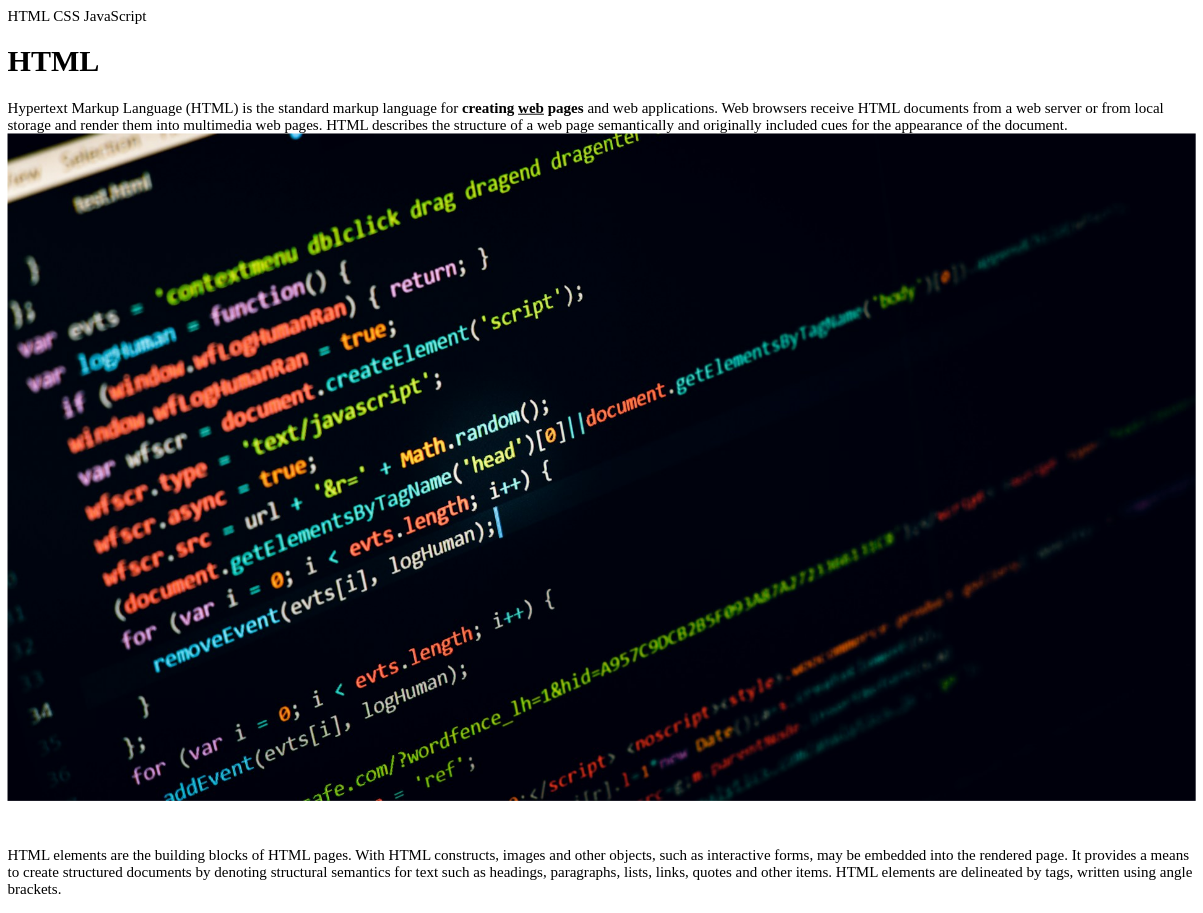
Repository: youngsik0405/Web-study
Page: Practice/WebContent/1.html
These files come from the project's save history. The page is drawn as it stood at one moment and after the next save; the edit follows.
The browser window is 1280 px wide. The pictures show the whole page, at 94% of full size.

Above is the page before, as saved 2025-01-20 11:47:34.

### Practice/WebContent/1.html
<!DOCTYPE html>
<html>
<head>
<meta charset="UTF-8">
<title>Insert title here</title>
</head>
<body>

HTML
CSS
JavaScript


<h1>HTML</h1>
<p>Hypertext Markup Language (HTML) is
the standard markup language for <strong>creating <u>web</u>
 pages</strong> and web applications.
 Web browsers receive HTML documents
 from a web server or from local storage
 and render them into multimedia web pages.
 HTML describes the structure of a
 web page semantically and originally included
 cues for the appearance of the document.
 <img src="coding.jpg" width="100%;">
</p><p style="margin-top:45px;">HTML elements are
the building blocks of HTML pages.
With HTML constructs, images and other objects,
such as interactive forms, may be embedded into
the rendered page. It provides a means to create
structured documents by denoting structural
semantics for text such as headings, paragraphs,
lists, links, quotes and other items.
HTML elements are delineated by tags,
written using angle brackets.</p>


</body>
</html>

After the next save:
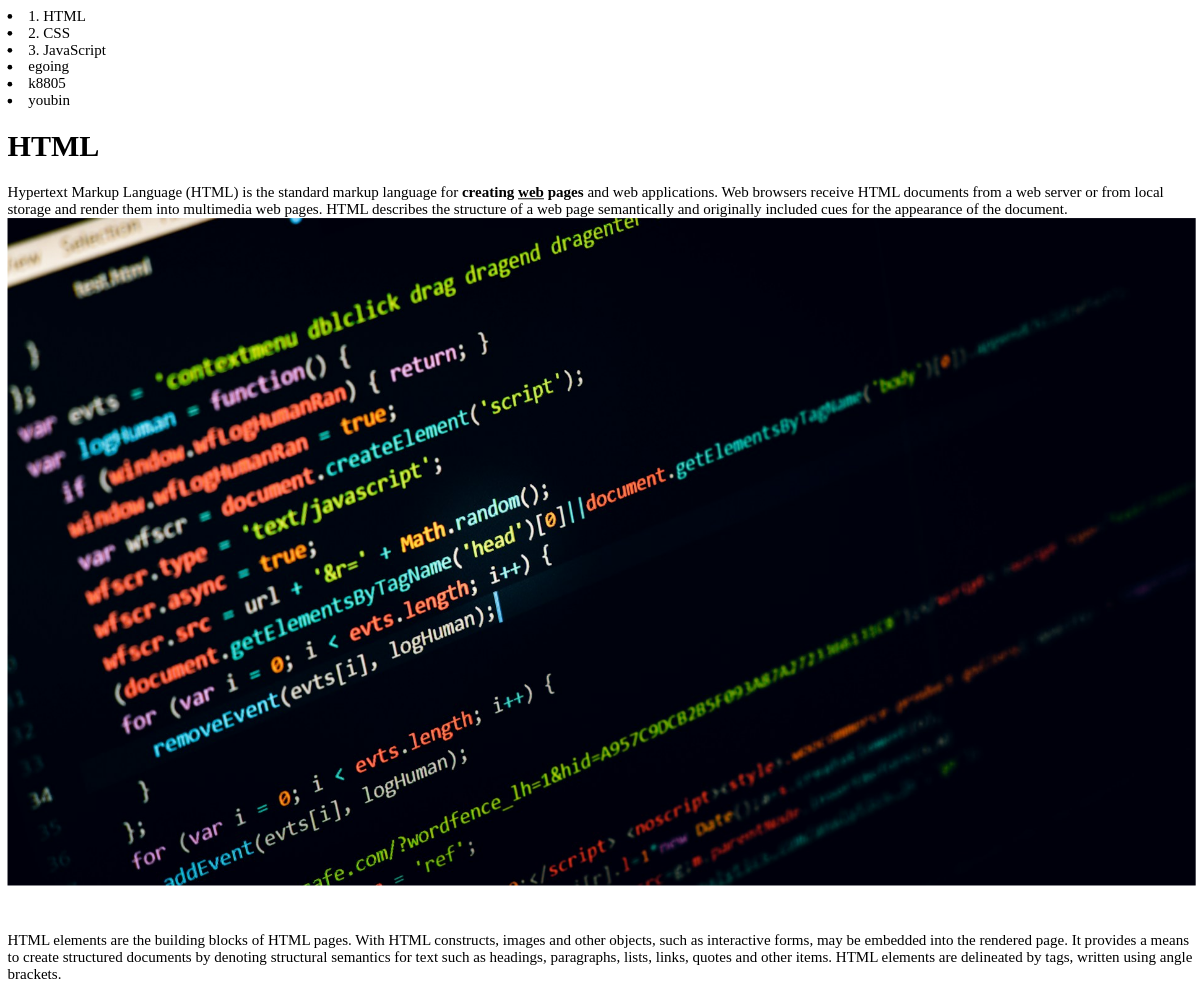
Saved 2 min 59 s later.
--- a/Practice/WebContent/1.html
+++ b/Practice/WebContent/1.html
@@ -6,9 +6,14 @@
 </head>
 <body>
 
-HTML
-CSS
-JavaScript
+<li>1. HTML</li>
+<li>2. CSS</li>
+<li>3. JavaScript</li>
+
+<li>egoing</li>
+<li>k8805</li>
+<li>youbin</li>
+
 
 
 <h1>HTML</h1>
